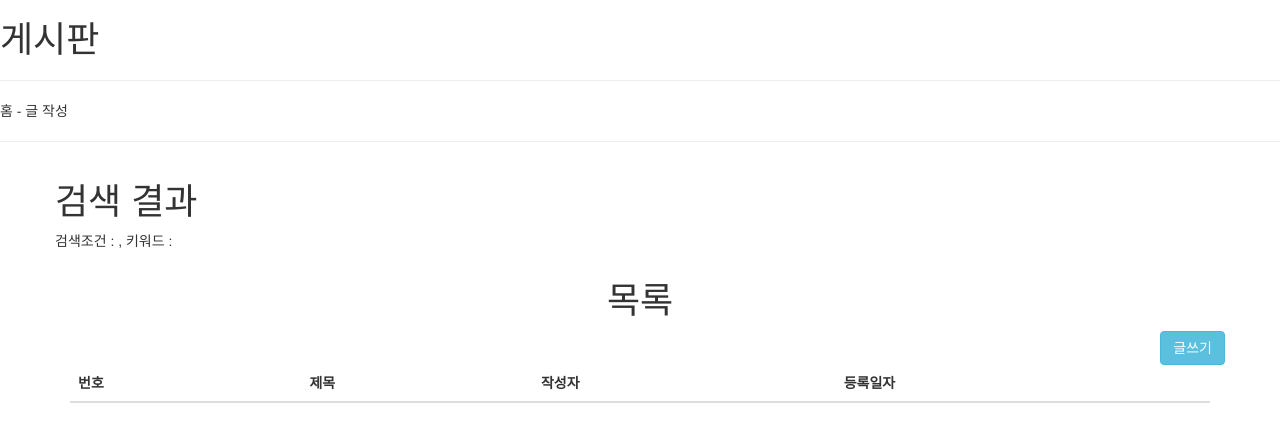
Repository: assa1092/MoonTest
Page: http://localhost/testBoard/WEB-INF/views/board/searchList.jsp
The author's editor kept a copy of each file at every save. The page is drawn from the files as they stood at one save, then again after the next save.
The browser window is 1280 px wide. The pictures show the whole page.
The page is served by Tomcat 9. Nobody is signed in. Other server files are loaded and not shown. The template is opened directly, without the code that normally fills it, so the values that code supplies are empty.

Above is the page before, as saved 2020-12-18 05:28:43.

### testBoard/src/main/webapp/WEB-INF/views/board/searchList.jsp
<%@ page language="java" contentType="text/html; charset=UTF-8"
    pageEncoding="UTF-8"%>
<%@ taglib uri="http://java.sun.com/jsp/jstl/core" prefix="c" %>
<%@ taglib uri="http://java.sun.com/jsp/jstl/functions" prefix="fn" %>
<%@ taglib uri="http://java.sun.com/jsp/jstl/fmt" prefix="fmt" %>
<!DOCTYPE html>
<html>
<head>
<meta charset="utf-8">
<meta name="viewport" content="width=device-width, initial-scale=1">
<link rel="stylesheet" href="https://maxcdn.bootstrapcdn.com/bootstrap/3.4.1/css/bootstrap.min.css">
<script src="https://ajax.googleapis.com/ajax/libs/jquery/3.5.1/jquery.min.js"></script>
<script src="https://maxcdn.bootstrapcdn.com/bootstrap/3.4.1/js/bootstrap.min.js"></script>

<title>Insert title here</title>
</head>
<body>

<div id="root">
		<header>
			<h1>게시판</h1>
		</header>
		<hr />
		<nav>홈 - 글 작성</nav>
		<hr />


		<section id="container" class="container">

			<div class="row">
				<h1>검색 결과</h1>
				<p>검색조건 : ${ searchType }    ,  키워드 : ${ keyword }</p>
				<div class="row text-center">
					<h1>목록</h1>
				</div>
			</div>
			<div class="row text-right">
				<button onclick="location.href='/board/writeView'" id="writeBtn"
					class="btn btn-info">글쓰기</button>
				<!-- <a href="/board/writeView">글쓰기</a> -->
			</div>
			<form action="/board/list" method="post" role="form">
				<table class="table table-hober">
					<thead>
						<tr>
							<th class="th-center">번호</th>
							<th class="th-center">제목</th>
							<th class="th-center">작성자</th>
							<th class="th-center">등록일자</th>
						</tr>
					</thead>
					<tbody>
						<c:forEach items="${list }" var="list">
							<tr>
								<td class="th-center">
									<c:out value="${list.bno}"></c:out>
								</td>
								<td class="th-center">
									<a href="/board/readView/${list.bno }">
										<c:out value="${list.title}"></c:out>
									</a>
								</td>
								<td class="th-center">
									<c:out value="${list.writer}"></c:out>
								</td>
								<td class="th-center">
									<fmt:formatDate	value="${list.regdate}" pattern="yyyy-MM-dd" />
								</td>
							</tr>
						</c:forEach>
					</tbody>
				</table>



				<!-- 페이징 처리 -->
				<%-- <div align="center">
				<ul class="pagination justify-content-center" >
					<c:if test="${to.curPage != 1 }">
						<li class="page-item">
							<a class="page-link" href="/board/list?curPage=${(to.curPage-1) >0 ? (to.curPage-1) : 1} ">&laquo;</a>
						</li>
					</c:if>

					<c:forEach begin="${to.beginPageNum}" end="${to.stopPageNum}" var="idx">

						<c:if test="${to.curPage == idx }">
							<li class="page-item active">
								<a class="page-link" href="/board/list?curPage=${idx}">${idx}</a>
							</li>
						</c:if>

						<c:if test="${to.curPage != idx }">
							<li class="page-item">
								<a class="page-link" href="/board/list?curPage=${idx}">${idx}</a>
							</li>
						</c:if>

					</c:forEach>
					<c:if test="${to.curPage != to.totalPage}">
						<li class="page-item">
							<a class="page-link" href="/board/list?curPage=${(to.curPage+1) < to.totalPage? (to.curPage+1) : to.totalPage }">&raquo;</a>
						</li>
					</c:if>
				</ul>
				</div> --%>

			</form>
		</section>
	</div>

</body>
</html>

After the next save:
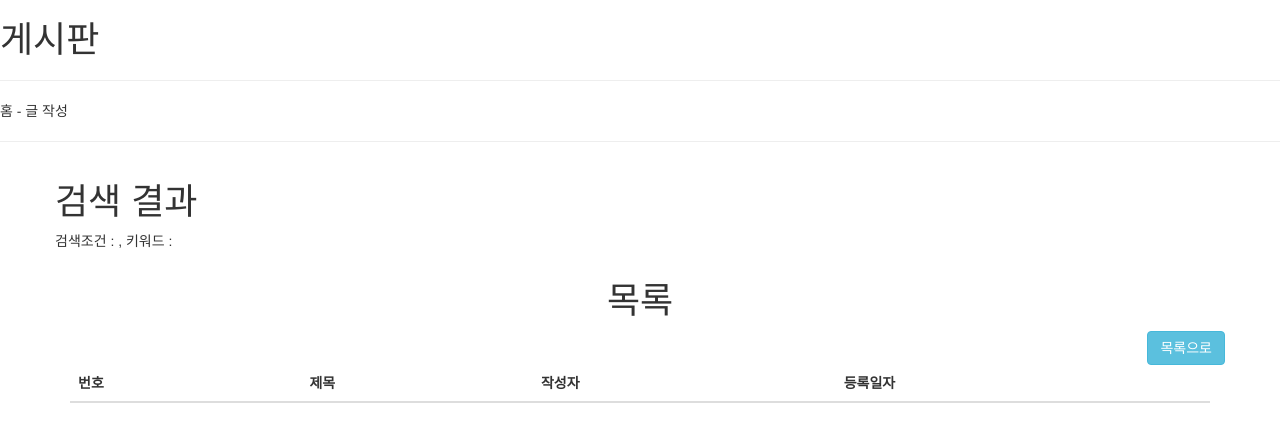
Saved 62 s later.
--- a/testBoard/src/main/webapp/WEB-INF/views/board/searchList.jsp
+++ b/testBoard/src/main/webapp/WEB-INF/views/board/searchList.jsp
@@ -35,8 +35,8 @@
 				</div>
 			</div>
 			<div class="row text-right">
-				<button onclick="location.href='/board/writeView'" id="writeBtn"
-					class="btn btn-info">글쓰기</button>
+				<button onclick="location.href='/board/list'" id="listBtn"
+					class="btn btn-info">목록으로</button>
 				<!-- <a href="/board/writeView">글쓰기</a> -->
 			</div>
 			<form action="/board/list" method="post" role="form">
